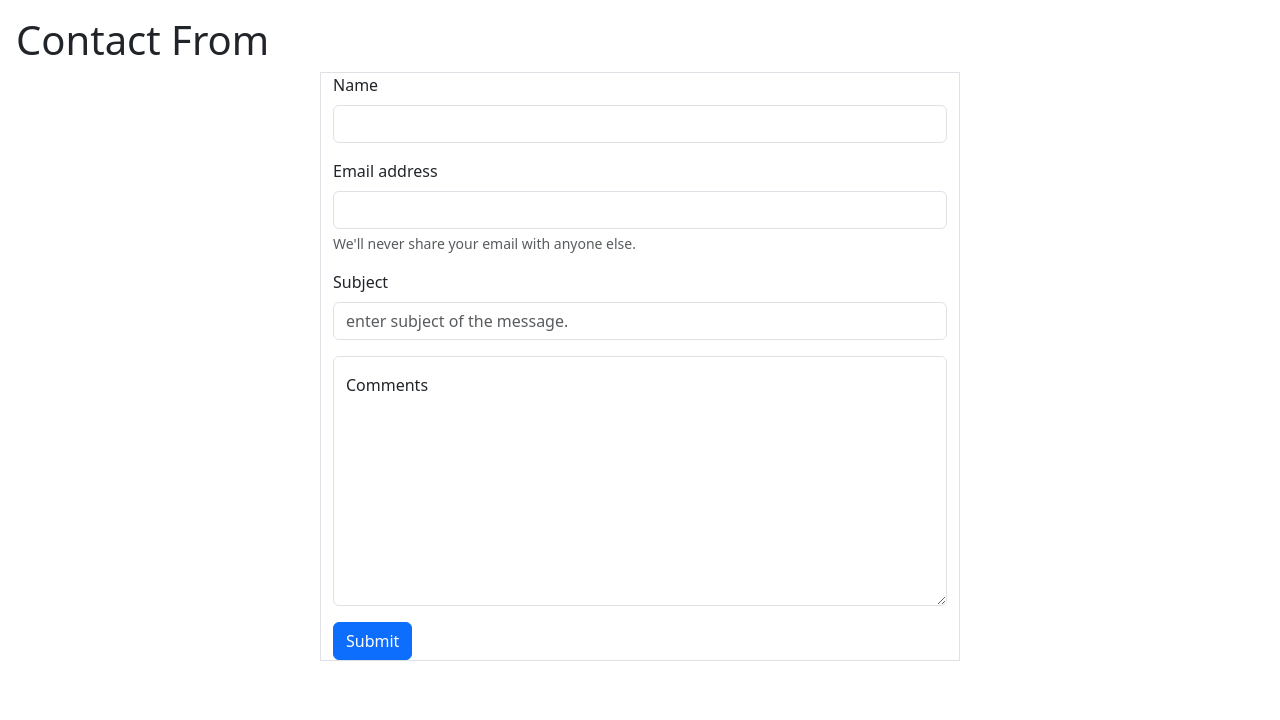
Repository: syni18/bootstrap_form
Page: index.html
The author's editor kept a copy of each file at every save. The page is drawn from the files as they stood at one save, then again after the next save.
The browser window is 1280 px wide. The pictures show the whole page.

Above is the page before, as saved 2023-10-26 15:39:04.

### index.html
<!DOCTYPE html>
<html lang="en">
<head>
    <meta charset="UTF-8">
    <meta name="viewport" content="width=device-width, initial-scale=1.0">
    <link href="https://cdn.jsdelivr.net/npm/bootstrap@5.3.2/dist/css/bootstrap.min.css" rel="stylesheet" integrity="sha384-T3c6CoIi6uLrA9TneNEoa7RxnatzjcDSCmG1MXxSR1GAsXEV/Dwwykc2MPK8M2HN" crossorigin="anonymous">
    <title>Contact From</title>
</head>
<body>
    <h1 class="display-6 ms-3 mt-3">Contact From</h1>
    <form class="container w-50 border">
  <div class="mb-3">
    <label for="exampleInputName1" class="form-label">Name</label>
    <input type="name" class="form-control" id="exampleInputName1" aria-describedby="NameHelp">
  </div>
  <div class="mb-3">
    <label for="exampleInputEmail1" class="form-label">Email address</label>
    <input type="email" class="form-control" id="exampleInputEmail1" aria-describedby="emailHelp">
    <div id="emailHelp" class="form-text">We'll never share your email with anyone else.</div>
  </div>
  <div class="mb-3">
    <label for="exampleInputSubject1" class="form-label">Subject</label>
    <input type="text" class="form-control" id="exampleInputsubject1" aria-describedby="subjectHelp" placeholder="enter subject of the message.">
  </div>
  <div class="form-floating">
  <textarea class="form-control" placeholder="Leave a comment here" id="floatingTextarea2" style="height: 250px"></textarea>
  <label for="floatingTextarea2">Comments</label>
</div>

  <button type="submit" class="btn btn-primary mt-3">Submit</button>
</form>
    <script src="https://cdn.jsdelivr.net/npm/bootstrap@5.3.2/dist/js/bootstrap.bundle.min.js" integrity="sha384-C6RzsynM9kWDrMNeT87bh95OGNyZPhcTNXj1NW7RuBCsyN/o0jlpcV8Qyq46cDfL" crossorigin="anonymous"></script>
</body>
</html>

After the next save:
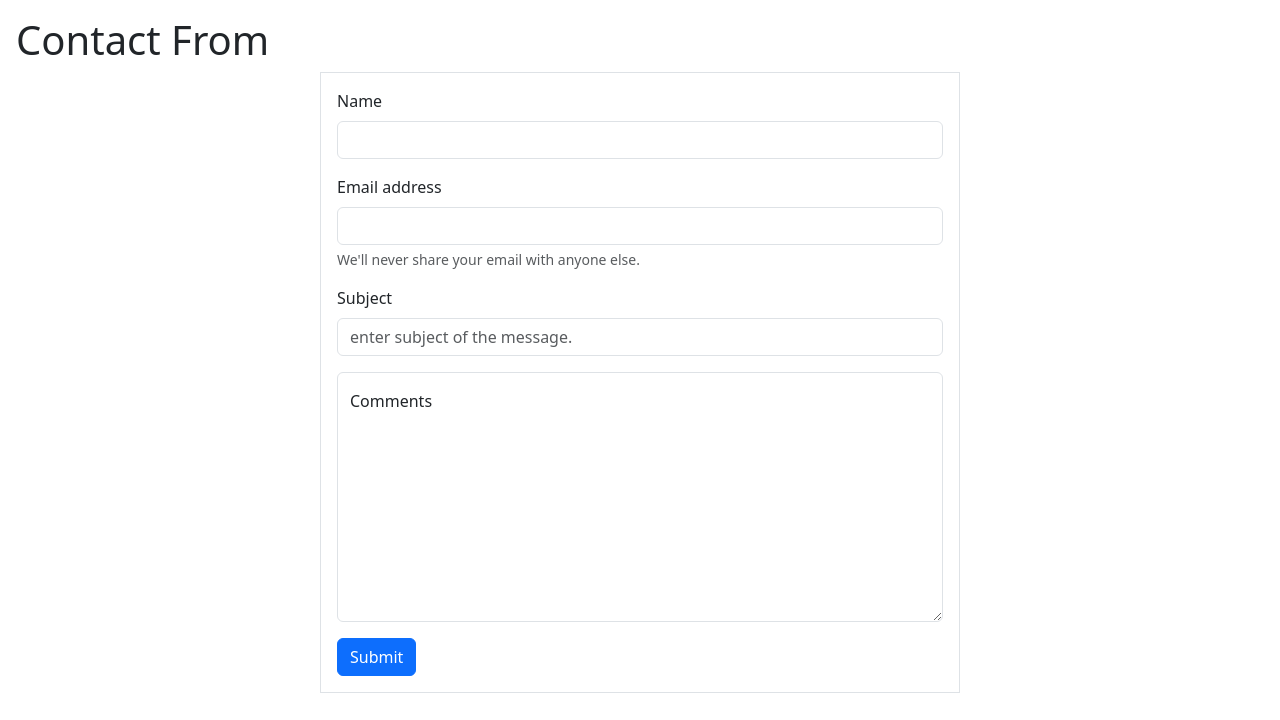
Saved 8 s later.
--- a/index.html
+++ b/index.html
@@ -8,7 +8,7 @@
 </head>
 <body>
     <h1 class="display-6 ms-3 mt-3">Contact From</h1>
-    <form class="container w-50 border">
+    <form class="container w-50 border p-3">
   <div class="mb-3">
     <label for="exampleInputName1" class="form-label">Name</label>
     <input type="name" class="form-control" id="exampleInputName1" aria-describedby="NameHelp">
